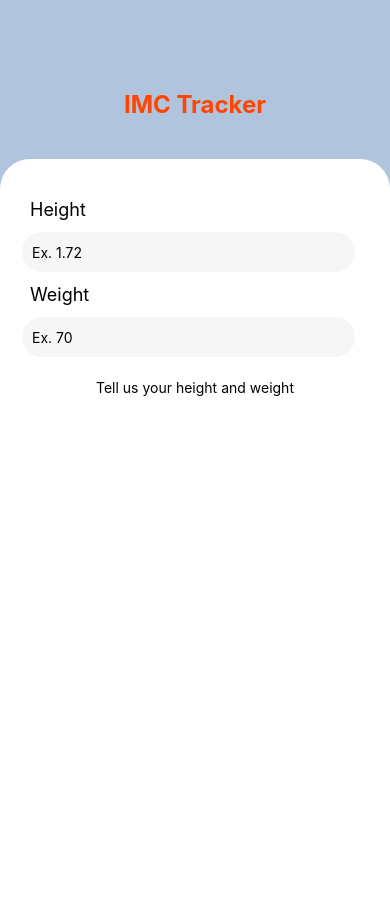
Repository: rubenmatias08/IMCTracker
Screen: /
An editor plug-in stored every save of this project. The screen is shown before and after the next save, followed by the edit.
The app was drawn by React Native's web renderer in a window 390 px wide. The project was rebuilt for these pictures with package versions that can differ from the ones it lists, and the page was loaded fresh each time.

Above is the screen before, as saved 2024-03-10 20:27:03.

After the next save:
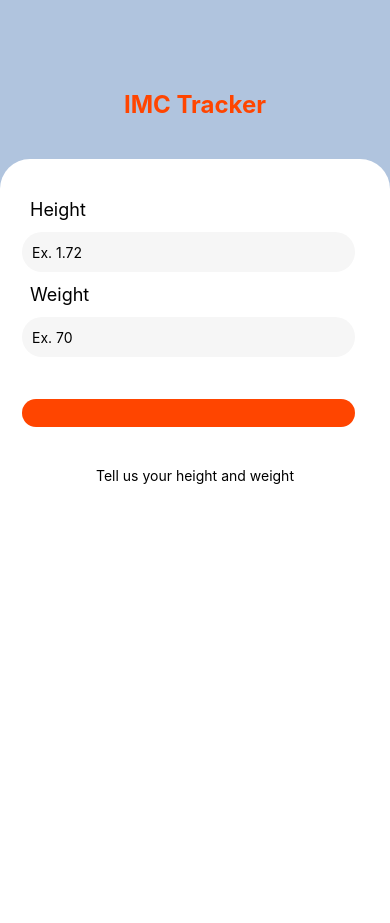
Saved 99 s later.
--- a/src/components/Form/index.js
+++ b/src/components/Form/index.js
@@ -55,7 +55,7 @@ export default function Form(){
                 keyboardType="numeric"
                 />
 
-               <TouchableOpacity style={styles.textButtonCalculator} onPress={() => ValidationIMC()}>
+               <TouchableOpacity style={styles.buttonCalculator} onPress={() => ValidationIMC()}>
                </TouchableOpacity>
 
             </View>
